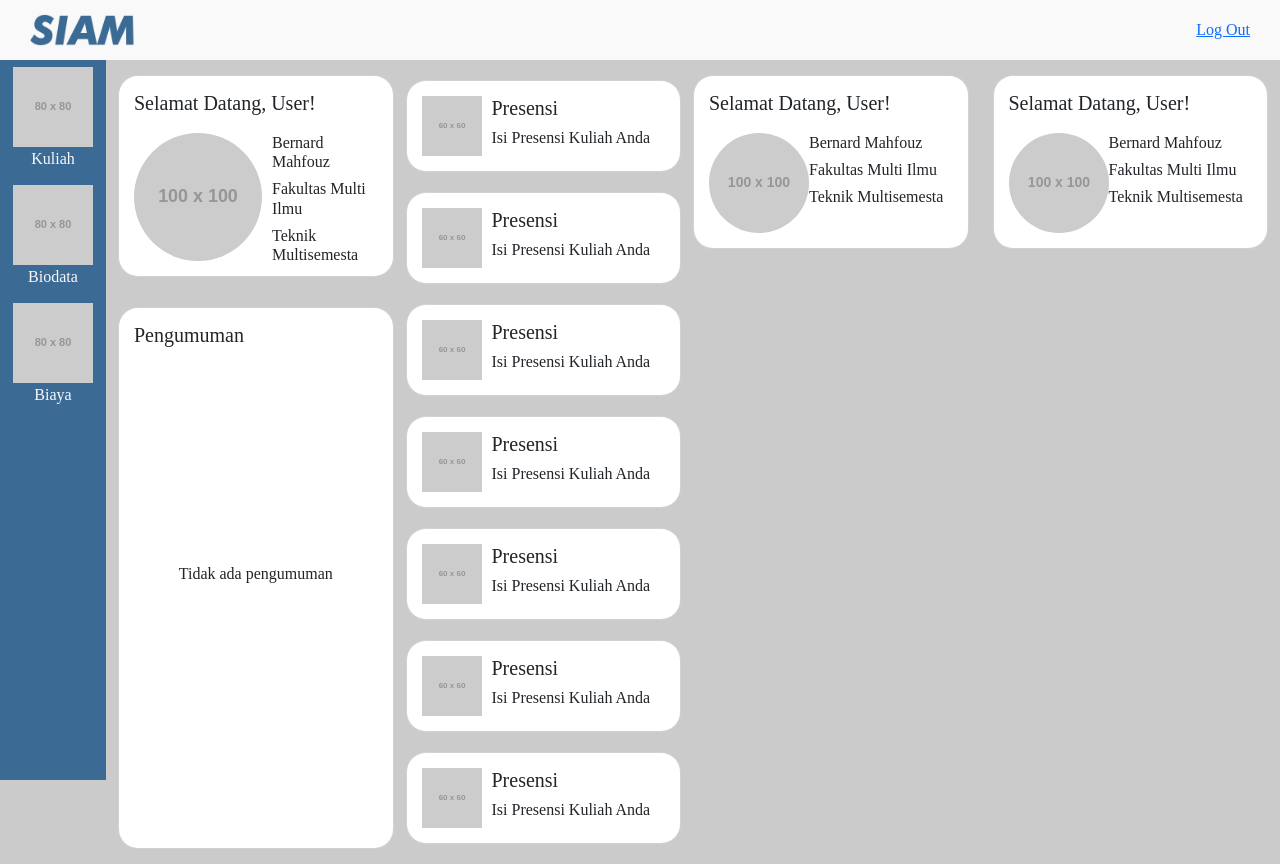
Repository: haikalirf/Project-IMK
Page: kuliah.html
The author's editor kept a copy of each file at every save. The page is drawn from the files as they stood at one save, then again after the next save.
The browser window is 1280 px wide. The pictures show the whole page.
Some web fonts or font styles are not loaded; a fallback is used.

Above is the page before, as saved 2022-12-10 19:44:13.

### kuliah.html
<!DOCTYPE html>
<html lang="en">
<head>
	<meta charset="UTF-8">
	<meta http-equiv="X-UA-Compatible" content="IE=edge">
	<meta name="viewport" content="width=device-width, initial-scale=1.0">
	<title>SIAM</title>
	<link rel="icon" href="/assets/logo_ub.ico">
	<link rel="stylesheet" href="https://cdn.jsdelivr.net/npm/bootstrap@5.2.3/dist/css/bootstrap.min.css" integrity="sha384-rbsA2VBKQhggwzxH7pPCaAqO46MgnOM80zW1RWuH61DGLwZJEdK2Kadq2F9CUG65" crossorigin="anonymous">
	<link rel="stylesheet" href="/styles/kuliah.css">
</head>
<body>
	<nav class="navbar" id="navbar">
		<a class="navbar-brand" href="/kuliah.html">
			<img id="navbar-image" src="/assets/SIAM.png" alt="SIAM">
		</a>
		<a class="navbar-link" href="#">Log Out</a>
	</nav>
	<main>
		<div class="mh-100" id="sidebar">
			<a class="btn" href="">
				<img id="sidebar-kuliah" src="https://via.placeholder.com/80" alt="Kuliah">
				<br>
				<label for="sidebar-kuliah">Kuliah</label>
			</a>
			<a class="btn" href="">
				<img id="sidebar-biodata" src="https://via.placeholder.com/80" alt="Biodata">
				<br>
				<label for="sidebar-biodata">Biodata</label>
			</a>
			<a class="btn" href="">
				<img id="sidebar-biaya" src="https://via.placeholder.com/80" alt="Biaya">
				<br>
				<label for="sidebar-biaya">Biaya</label>
			</a>
		</div>
		<div class="row main-rows">
			<div class="col d-flex flex-column">
				<div class="card" id="card-user">
					<h5 class="card-title">Selamat Datang, User!</h5>
					<div class="card-body">
						<img class="rounded-circle" src="https://via.placeholder.com/100" alt="User Image">
						<div class="card-text-user">
							<h6>Bernard Mahfouz</h6>
							<h6>Fakultas Multi Ilmu</h6>
							<h6>Teknik Multisemesta</h6>
						</div>
					</div>
				</div>
				<div class="card" id="card-pengumuman">
					<h5>Pengumuman</h5>
					<br>
					<div id="text-pengumuman">
						<h6>Tidak ada pengumuman</h6>
					</div>
				</div>
			</div>
			<div class="col d-flex flex-column col-pilihan">
				<div class="card card-pilihan">
					<div class="pilihan-body">
						<img src="https://via.placeholder.com/60" alt="">
						<div class="pilihan-text">
							<h5>Presensi</h5>
							<h6>Isi Presensi Kuliah Anda</h6>
						</div>
					</div>
				</div>
				<div class="card card-pilihan">
					<div class="pilihan-body">
						<img src="https://via.placeholder.com/60" alt="">
						<div class="pilihan-text">
							<h5>Presensi</h5>
							<h6>Isi Presensi Kuliah Anda</h6>
						</div>
					</div>
				</div>
				<div class="card card-pilihan">
					<div class="pilihan-body">
						<img src="https://via.placeholder.com/60" alt="">
						<div class="pilihan-text">
							<h5>Presensi</h5>
							<h6>Isi Presensi Kuliah Anda</h6>
						</div>
					</div>
				</div>
				<div class="card card-pilihan">
					<div class="pilihan-body">
						<img src="https://via.placeholder.com/60" alt="">
						<div class="pilihan-text">
							<h5>Presensi</h5>
							<h6>Isi Presensi Kuliah Anda</h6>
						</div>
					</div>
				</div>
				<div class="card card-pilihan">
					<div class="pilihan-body">
						<img src="https://via.placeholder.com/60" alt="">
						<div class="pilihan-text">
							<h5>Presensi</h5>
							<h6>Isi Presensi Kuliah Anda</h6>
						</div>
					</div>
				</div>
				<div class="card card-pilihan">
					<div class="pilihan-body">
						<img src="https://via.placeholder.com/60" alt="">
						<div class="pilihan-text">
							<h5>Presensi</h5>
							<h6>Isi Presensi Kuliah Anda</h6>
						</div>
					</div>
				</div>
				<div class="card card-pilihan">
					<div class="pilihan-body">
						<img src="https://via.placeholder.com/60" alt="">
						<div class="pilihan-text">
							<h5>Presensi</h5>
							<h6>Isi Presensi Kuliah Anda</h6>
						</div>
					</div>
				</div>
			</div>
			<div class="col d-flex flex-column">
				<div class="card">
					<h5 class="card-title">Selamat Datang, User!</h5>
					<div class="card-body">
						<img class="rounded-circle" src="https://via.placeholder.com/100" alt="User Image">
						<div class="card-text-group">
							<h6>Bernard Mahfouz</h6>
							<h6>Fakultas Multi Ilmu</h6>
							<h6>Teknik Multisemesta</h6>
						</div>
					</div>
				</div>
			</div>
			<div class="col d-flex flex-column">
				<div class="card">
					<h5 class="card-title">Selamat Datang, User!</h5>
					<div class="card-body">
						<img class="rounded-circle" src="https://via.placeholder.com/100" alt="User Image">
						<div class="card-text-group">
							<h6>Bernard Mahfouz</h6>
							<h6>Fakultas Multi Ilmu</h6>
							<h6>Teknik Multisemesta</h6>
						</div>
					</div>
				</div>
			</div>
		</div>
	</main>
	<script src="https://cdn.jsdelivr.net/npm/bootstrap@5.2.3/dist/js/bootstrap.bundle.min.js" integrity="sha384-kenU1KFdBIe4zVF0s0G1M5b4hcpxyD9F7jL+jjXkk+Q2h455rYXK/7HAuoJl+0I4" crossorigin="anonymous"></script>
</body>
</html>

### styles/kuliah.css
html {
	box-sizing: border-box;
}

*, *:before, *:after {
	box-sizing: inherit;
}

body {
	background-color: #cbcbcb;
	font-family: 'readex';
}

@font-face {
	font-family: 'readex';
	src:url('/assets/fonts/ReadexPro-Medium.ttf');
}

#navbar {
	display: flex;
	justify-content: space-between;
	position: fixed;
	background-color: #f9f9f9;
	z-index: 1;
	width: 100%;
	padding: 0px 30px;
}

#navbar-image {
	height: 50px;
}

main {
	padding-top: 60px;
	display: flex;
	height: 100vh;
}

#sidebar {
	background-color: #3b6a94;
	display: flex;
	flex-direction: column;
	flex: 1;
	position: fixed;
	height: 100vh;
}

a img, a label {
	color: #f9f9f9;
}

.main-rows{
	margin: 0px;
	margin-left: 106px;
	width: calc(100% - 106px);
	flex: 100;
}

.card {
	margin: 15px 0px;
	padding: 15px;
	border-radius: 20px;
}

.card-body{
	display: flex;
	padding: 10px 0px 0px;
}

.card-text-user {
	margin-left: 10px;
	display: flex;
	flex-direction: column;
	justify-content: space-between;
}

#card-user {
	flex: 1;
}

#card-pengumuman {
	flex: 3;
}

#text-pengumuman {
	display: flex;
	justify-content: center;
	align-items: center;
	position: absolute;
	top:0;
	bottom: 0;
	left: 0;
	right: 0;
	margin: auto;
}

.col-pilihan {
	padding: 10px 0px;
}

.card-pilihan {
	flex: 1;
	margin: 10px 0px;
}

.pilihan-body {
	display: flex;
}

.pilihan-text {
	margin: 0px 10px;
}

After the next save:
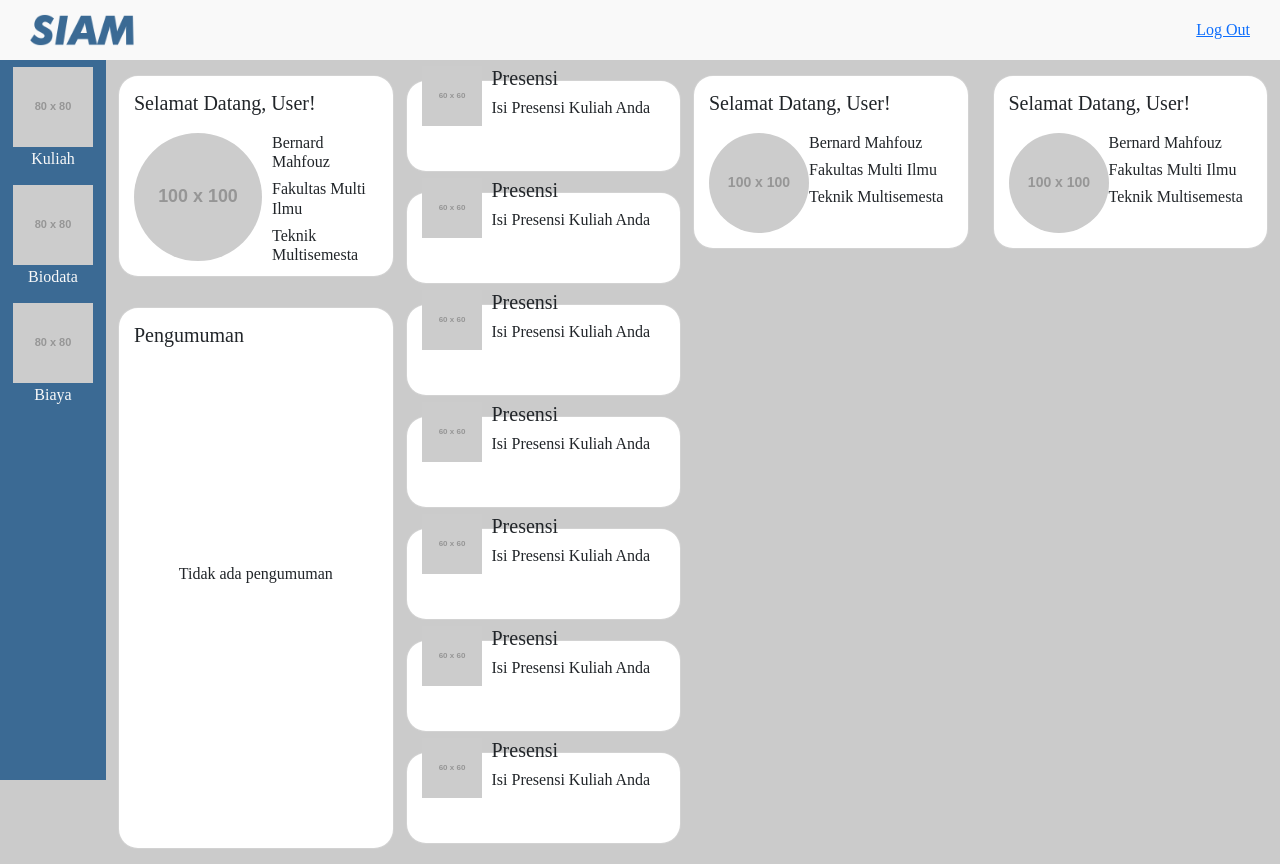
Saved 110 s later.
--- a/styles/kuliah.css
+++ b/styles/kuliah.css
@@ -105,6 +105,10 @@ a img, a label {
 
 .pilihan-body {
 	display: flex;
+	top: 50%;
+	-webkit-transform: translateY(-50%);
+	-ms-transform: translateY(-50%);
+	transform: translateY(-50%);
 }
 
 .pilihan-text {

After the save that followed:
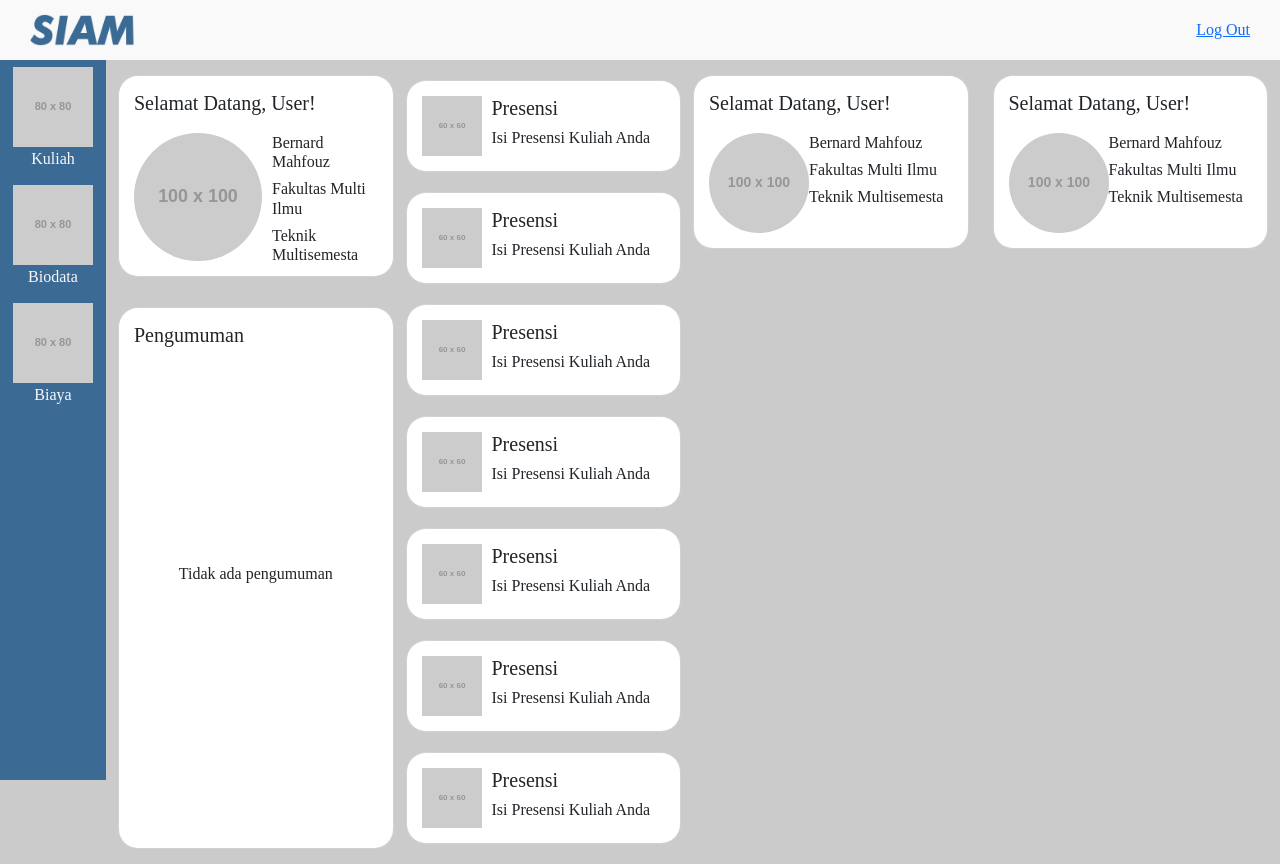
Saved 11 s later.
--- a/styles/kuliah.css
+++ b/styles/kuliah.css
@@ -105,6 +105,7 @@ a img, a label {
 
 .pilihan-body {
 	display: flex;
+	position: relative;
 	top: 50%;
 	-webkit-transform: translateY(-50%);
 	-ms-transform: translateY(-50%);
